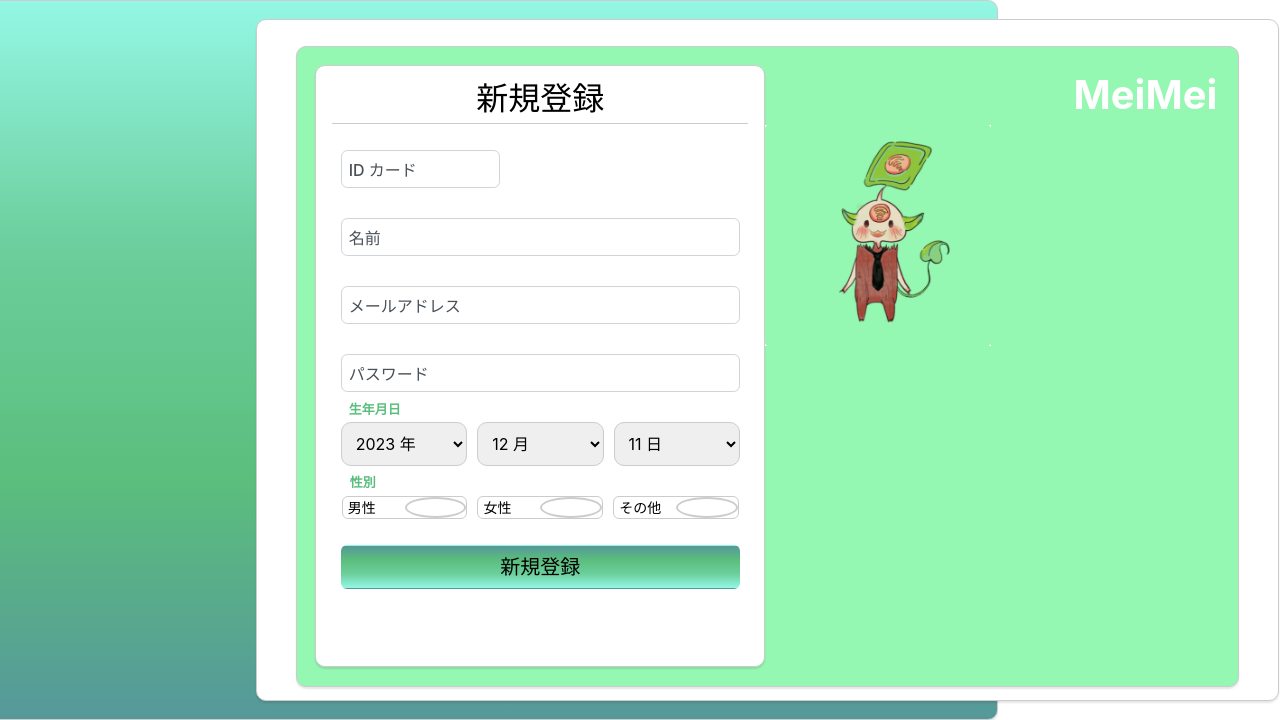
Repository: 3conangxindep/MeiMei
Page: /signUpPage (app in client/)
The author's editor kept a copy of each file at every save. The page is drawn from the files as they stood at one save, then again after the next save.
The browser window is 1280 px wide. The pictures show the whole page.
The project was rebuilt for these pictures with package versions that can differ from the ones it lists, and the page was loaded fresh each time. Also part of the build but not shown: client/src/App.css, client/src/components/LoginPage/LoginPage.jsx, client/src/components/HomePage/HeaderPage/ShowMenu.css, client/src/components/HomePage/HeaderPage/ShowMenu.jsx, client/src/components/HomePage/HeaderPage/NotifiCation.css, client/src/components/HomePage/HeaderPage/NotifiCation.jsx, client/src/components/HomePage/HeaderPage/Header.css, client/src/components/HomePage/HeaderPage/Header.jsx and 22 more.

Above is the page before, as saved 2023-12-16 05:09:07.

### client/src/index.css
@tailwind base;
@tailwind components;
@tailwind utilities;



body {
  margin: 0;
  font-family: -apple-system, BlinkMacSystemFont, 'Segoe UI', 'Roboto', 'Oxygen',
    'Ubuntu', 'Cantarell', 'Fira Sans', 'Droid Sans', 'Helvetica Neue',
    sans-serif;
  -webkit-font-smoothing: antialiased;
  -moz-osx-font-smoothing: grayscale;
}

code {
  font-family: source-code-pro, Menlo, Monaco, Consolas, 'Courier New',
    monospace;
}

### client/src/App.jsx
import React, { useState } from 'react';
import { BrowserRouter as Router, Route, Switch, useParams } from 'react-router-dom';
import './App.css';
import { AuthProvider } from './components/AuthContext';
import { SelectedOptionsProvider } from './components/SelectedOptionsContext';
import LoginPage from './components/LoginPage/LoginPage';
import SignUpPage from './components/SignUpPage/SignUpPage';
import Main from './components/HomePage/Main';

function App() {

  return (
    <AuthProvider>
    <SelectedOptionsProvider>
      <Router>
        <Switch>
          <Route path={`/main/:contact_id`} component={Main} />
          <Route path="/signUpPage" component={SignUpPage} />
          <Route component={LoginPage} />

        </Switch>
      </Router>
      </SelectedOptionsProvider>
    </AuthProvider>
  );
}


export default App;

### client/src/components/AuthContext.jsx
import React, { createContext, useContext, useState } from 'react';

const AuthContext = createContext();

export const useAuth = () => {
  return useContext(AuthContext);
};

export const AuthProvider = ({ children }) => {
  const [isLoggedIn, setIsLoggedIn] = useState(false);

  const login = () => {
    setIsLoggedIn(true);
  };

  const logout = () => {
    setIsLoggedIn(false);
  };

  const value = {
    isLoggedIn,
    login,
    logout,
  };

  return <AuthContext.Provider value={value}>{children}</AuthContext.Provider>;
};

### client/src/components/SelectedOptionsContext.jsx
import React, { createContext, useContext, useState } from 'react';

const SelectedOptionsContext = createContext();

export const SelectedOptionsProvider = ({ children }) => {
  const [selectedOptions, setSelectedOptions] = useState([]);
  const [inputValue, setInputValue] = useState('');

  return (
    <SelectedOptionsContext.Provider value={{ selectedOptions, setSelectedOptions, inputValue, setInputValue }}>
      {children}
    </SelectedOptionsContext.Provider>
  );
};

export const useSelectedOptions = () => {
  return useContext(SelectedOptionsContext);
};

### client/src/components/LoginPage/LoginPage.css
.Container{
  position: absolute;
  right: 22%;
  width: 100%;
  height: 100vh;
  display: flex;
  justify-content: right;
  align-items: center;
  background-image: linear-gradient(#94F7E5,#6CCF9D,#5BBE7D,#56989A);
  border: 1px solid #ccc;
  box-shadow: 0 2px 2px rgba(0,0,0,0.1);
  border-radius: 10px;
}
.image{
  z-index: 2;
}
.image img{
  width: 50%;
}
.LoginForm .FormGroup {
  margin-bottom: 10px;
  display: flex;
  flex-direction: column;
  position: relative;
}
.Label {
  position: absolute;
  left: 0rem;
  top: 0.75rem;
  transition: transform 0.3s, font-size 0.3s;
  display: block;
  font-weight: 500;
  padding-left: 4%;

}
.FormInput:focus + .Label, .FormInput:valid + .Label {
  transform: translateY(-2rem);
  padding-left: 0%;
  color: #5BBE7D;
  font-size: small;
  font-weight: bold;
}
/* .Border-me{
  position: relative;
  justify-content: right;
  k co gì
  background-image: linear-gradient(to top, #94f7e5, #85edd3, #77e2c1, #6cd8ad, #63cd99, #5bc595, #52be90, #4ab68c, #44af94, #45a899, #4ca09b, #56989a);
  width: 100%;
  height: 100%;
  max-width: 100%;
  background-size: 70% 100%;
  border: 1px solid #ccc;
  box-shadow: 0 2px 2px rgba(0,0,0,0.1);
  border-radius: 10px;
  } */

.Border-con{
  display: flex;
  background-color: #94F7B2;
  /* background-image: linear-gradient(to top, #94f7e5, #85edd3, #77e2c1, #6cd8ad, #63cd99, #5bc595, #52be90, #4ab68c, #44af94, #45a899, #4ca09b, #56989a); */
  width: 100%;
  max-height: auto;
  max-width: 100%;
  padding:3%;
  border: 1px solid #ccc;
  box-shadow: 0 2px 2px rgba(0,0,0,0.1);
  border-radius: 10px;
  z-index: 1;
}
.Border{
  display: flex;
  justify-content: right;
  position: absolute;
  right: -21.5%;
  background-color: white;
  width: 75%;
  height: 85%;
  max-height: 90%;
  max-width: 100%;
  padding:3% 5%;
  border: 1px solid #ccc;
  box-shadow: 0 2px 2px rgba(0,0,0,0.1);
  border-radius: 10px;
}
.FormGroup{
  padding-bottom: 5%;
}
.LoginBorder{
    background-color: white;
    width: 90%;
    max-height: 100%;
    max-width: 90%;
    max-width: 450px;
    padding: 15px;
    border: 1px solid #ccc;
    box-shadow: 0 2px 2px rgba(0,0,0,0.1);
    border-radius: 10px;
}
.Appname{
  width: 50%;
  text-align: right;
  font-size: 2.5rem;
  font-weight: 700;
  color: white;
}
.LoginForm{
    width: 100%;
    /* margin-bottom: 25px; */
}
.FormHeader{
    width: 100%;
    text-align: center;
    font-size: 2rem;
    border-bottom: 1px solid #ccc;
    padding-bottom: 5px;
}
.LoginForm .FormInput {
    width: 100%;
    padding: 0.5rem 0.75rem;
    font-size: 1rem;
    line-height: 2;
    color: #495057;
    background-color: #fff;
    background-clip: padding-box;
    border: 1px solid #ced4da;
    border-radius: 0.4rem;
    transition: border-color 0.15s ease-in-out, box-shadow 0.15s ease-in-out;
  }
.FormInput:hover,
.FormInput:focus {
border-color: #ffffff;
outline: 0;
box-shadow: 0 0 0 0.2rem rgba(0, 123, 255, 0.25);
}
.FormError {
    color: #dc3545;
    font-size: 12px;
  }

  .LoginButton{
    display: block;
    width: 100%;
    padding: 0.4rem 0.75rem;
    font-size: 1rem;
    font-weight: bold;
    text-align: center;
    white-space: nowrap;
    vertical-align: middle;
    cursor: pointer;
    border: 1px solid transparent;
    /* border-radius: 0.25rem; */
    color: #fff;
    background-color: #007bff;
    transition: color 0.15s ease-in-out, background-color 0.15s ease-in-out,
    border-color 0.15s ease-in-out, box-shadow 0.15s ease-in-out;
  }

  .LoginButton:hover {
    color: #fff;
    background-color: #0056b3;
    border-color: #0056b3;
  }
  .CreateButton{
    width: 100%;
    padding: 0.6rem 0.75rem;
    font-size: 1rem;
    font-weight: bold;
    text-align: center;
    white-space: nowrap;
    vertical-align: middle;
    cursor: pointer;
    border: 1px solid transparent;
    /* border-radius: 0.25rem; */
    /* color: #212020; */
    background-image: linear-gradient(to top,#94F7E5,#6CCF9D,#5BBE7D,#56989A);
    transition: color 0.15s ease-in-out, background-color 0.15s ease-in-out,
    border-color 0.15s ease-in-out, box-shadow 0.15s ease-in-out;
  }
  .CreateButton:hover {
    color: #fff;
    background-image: linear-gradient(to top,#94F7E5,#265f55);

    border-color: #68dd7b;
  }
  a{
    font: weight 20px ;
    color: #161716;
    text-decoration: none;
  }
  .ErrorMessage {
    color: red;
    margin-top: 5px;
  }

  .status-container {
    display: flex;
    align-items: center;
    padding-top: 4rem;
  }

  .loading-icon {
    width: 8rem;
    height: 8rem;
    margin-right: 2rem;
    fill: #718096; /* Màu xám */
    animation: spin 2s linear infinite;
  }

  @keyframes spin {
    from {
      transform: rotate(0deg);
    }
    to {
      transform: rotate(360deg);
    }
  }

  .loading-text {
    font-size: 1.5rem;
    font-weight: bold;
    color: #718096; /* Màu xám */
  }

  .sr-only {
    position: absolute;
    width: 1px;
    height: 1px;
    padding: 0;
    margin: -1px;
    overflow: hidden;
    clip: rect(0, 0, 0, 0);
    white-space: nowrap;
    border-width: 0;
  }

### client/src/components/SignUpPage/SetTimes.jsx
import React, { useState } from 'react';
import './SetTimes.css';

const SetTimes = ({ setCurrentMonth, setCurrentDay, setCurrentYear }) => {
  const [currentMonth, setCurrentMonthLocal] = useState(new Date().getMonth() + 1);
  const [currentDay, setCurrentDayLocal] = useState(new Date().getDate());
  const [currentYear, setCurrentYearLocal] = useState(new Date().getFullYear());

  const months = Array.from({ length: 12 }, (_, index) => `${index + 1} 月`);
  const days = Array.from({ length: 31 }, (_, index) => `${index + 1} 日`);
  const years = Array.from({ length: 61 }, (_, index) => `${1970 + index} 年`);

  const handleDateChange = () => {
    if (currentMonth && currentDay && currentYear) {
      setCurrentMonth(parseInt(currentMonth));
      setCurrentDay(parseInt(currentDay));
      setCurrentYear(parseInt(currentYear));
    }
  };

  return (
    <div className="SetTimeContainer">
      <label className='timeLabel'>生年月日</label>
      <div className='Row'>
        <div>
          <select className="content" value={currentYear} onChange={(e) => setCurrentYearLocal(e.target.value)}>
            {years.map((year, index) => (
              <option key={index} value={1970 + index}>{year}</option>
            ))}
          </select>
        </div>
        <div>
          <select className="content" value={currentMonth} onChange={(e) => setCurrentMonthLocal(e.target.value)}>
            {months.map((month, index) => (
              <option key={index} value={index + 1}>{month}</option>
            ))}
          </select>
        </div>
        <div>
          <select className="content" value={currentDay} onChange={(e) => setCurrentDayLocal(e.target.value)}>
            {days.map((day, index) => (
              <option key={index} value={index + 1}>{day}</option>
            ))}
          </select>
        </div>
        {handleDateChange()}
      </div>
    </div>
  );
};

export default SetTimes;

### client/src/components/SignUpPage/GenderTheme.jsx
import React, { useState } from 'react';
import './GenderTheme.css'; // Đảm bảo đã import file CSS cho GenderTheme

const GenderTheme = ({selectedOption,setSelectedOption}) => {

  const [male, setMale] = useState('male');
  const [female, setFemale] = useState('female');
  const [other, setOther] = useState('other');

  return (
    <div className="GenderContainer">
      <label className='GenderLabel'>性別</label>
      <div className='Row'>
        <div className='GenderOption'>
          <label>男性</label>
          <input
            className='GenderInput'
            type="radio"
            value={male}
            checked={selectedOption === male}
            onChange={() => setSelectedOption(male)} // Sửa giá trị ở đây
          />
        </div>
        <div className='GenderOption'>
          <label>女性</label>
          <input
            className='GenderInput'
            type="radio"
            value={female}
            checked={selectedOption === female}
            onChange={() => setSelectedOption(female)} // Sửa giá trị ở đây
          />
        </div>
        <div className='GenderOption'>
          <label>その他</label>
          <input
            className='GenderInput'
            type="radio"
            value={other}
            checked={selectedOption === other}
            onChange={() => setSelectedOption(other)} // Sửa giá trị ở đây
          />
        </div>
      </div>
    </div>
  );
};

export default GenderTheme;

### client/src/components/SignUpPage/SignUpPage.css
*{
    box-sizing: border-box;
}
.border-bg{
  position: absolute;
  right: 22%;
  width: 100%;
  height: 100vh;
  display: flex;
  justify-content: right;
  align-items: center;
  background-image: linear-gradient(#94F7E5,#6CCF9D,#5BBE7D,#56989A);
  border: 1px solid #ccc;
  box-shadow: 0 2px 2px rgba(0,0,0,0.1);
  border-radius: 10px;
}
.signup-bg{
  display: flex;
  justify-content: center;
  position: absolute;
  right: -22%;
  background-color: white;
  width: 80%;
  height: 95%;
  max-height: auto;
  max-width: 100%;
  padding:2% 3%;
  border: 1px solid #ccc;
  box-shadow: 0 2px 2px rgba(0,0,0,0.1);
  border-radius: 10px;
}
.Container-signUp{
  display: flex;
  background-color: #94F7B2;
  /* background-image: linear-gradient(to top, #94f7e5, #85edd3, #77e2c1, #6cd8ad, #63cd99, #5bc595, #52be90, #4ab68c, #44af94, #45a899, #4ca09b, #56989a); */
  width: 100%;
  height: 102%;
  max-height: auto;
  max-width: 100%;
  padding:2%;
  border: 1px solid #ccc;
  box-shadow: 0 2px 2px rgba(0,0,0,0.1);
  border-radius: 10px;
  z-index: 1;
}
.SignUpBorder {
  background-color: white;
  width: 90%;
  /* height: 100%; */
  max-width: 100%;
  max-width: 450px;
  padding: 0 1rem;
  border: 1px solid #ccc;
  box-shadow: 0 2px 2px rgba(0,0,0,0.1);
  border-radius: 10px;
}
.SignUp{
  margin: 0;
  padding-top:2%;
  width: 100%;
  text-align: center;
  font-size: 2rem;
  border-bottom: 1px solid #ccc;
}
.SignUpForm{
  padding: 1rem 2%;
  margin-bottom: -10px;
}
.FormGroup {
    width: 100%;
    display: flex;
    flex-direction: column;
    margin-top: 10px;
  }
.Label-sign{
    position: absolute;
    font-weight: 500;
    margin:0.5rem;
    color: #495057;
    transition: transform 0.3s, font-size 0.3s;
}
.FormInput {
    width: 100%;
    padding: 0.375rem 0.75rem;
    font-size: 1rem;
    line-height: 1.5;
    color: #495057;
    background-color: #fff;
    background-clip: padding-box;
    border: 1px solid #ced4da;
    border-radius: 0.4rem;
    transition: border-color 0.15s ease-in-out, box-shadow 0.15s ease-in-out;
}
.FormInput:focus + .Label-sign, .FormInput:valid + .Label-sign {
  transform: translateY(-1.7rem);
  /* margin-left: 0%; */
  /* color: #000000; */
  color: #5BBE7D;
  font-size: small;
  font-weight: bold;
}
.FormInput:hover,
.FormInput:focus {
  border-color: #80bdff;
  outline: 0;
  box-shadow: 0 0 0 0.2rem rgba(0, 123, 255, 0.25);
}
.FormError {
  color: #dc3545;
  font-size: 12px;
}

.FormButton {
  display: block;
  width: 100%;
  padding: 0.375rem 0.75rem;
  margin-top: 25px;
  font-size: 1.25rem;
  font-weight: 550;
  text-align: center;
  white-space: nowrap;
  vertical-align: middle;
  cursor: pointer;
  border: 1px solid transparent;
  border-radius: 6px;
  color: #000000;
  background-image: linear-gradient(to top,#94F7E5,#6CCF9D,#5BBE7D,#56989A);
  transition: color 0.15s ease-in-out, background-color 0.15s ease-in-out,
    border-color 0.15s ease-in-out, box-shadow 0.15s ease-in-out;
    margin-bottom: -5px;
}
.settime{
  margin-top: -3%;
}
.FormButton:hover {
  color: #fff;
  background-image: linear-gradient(to top,#62b1a2,#265f55);
  border-color: #68dd7b;
}
a{
    color: #161716;
  font-size: 14px;
  float: right;
  text-decoration: none;
}

### client/src/components/SignUpPage/SetTimes.css
.SetTimeContainer{
    width: 100%;
    max-height: 150px;
    /* border: 1px solid #fff; */
    margin-bottom: 0.375rem;
    display: flex;
    flex-direction: column;
}
.Row{
    display: grid;
    grid-template-columns: 1fr 1fr 1fr;
    gap: 10px;
}
.timeLabel{
    display: block;
    font-weight: bold;
    margin-bottom: 3px;
    color: #5BBE7D;
    font-size: small;
    margin-left: 8px;
}
.content{
    width: 100%;
    border: 1px solid #ccc;
    padding: 10px;
    border-radius: 10px;
    transition: border-color 0.15s ease-in-out, box-shadow 0.15s ease-in-out;
}
.content:hover,
.content:focus {
border-color: #80bdff;
outline: 0;
box-shadow: 0 0 0 0.2rem rgba(0, 123, 255, 0.25);
}

### client/src/components/SignUpPage/GenderTheme.css
.GenderContainer{
  width: 100%;
  max-height: 150px;
  display: flex;
  flex-direction: column;
  border: 1px solid #fff;
}
.Row{
    display: grid;
    grid-template-columns: 1fr 1fr 1fr;
    gap: 10px;
}
.GenderLabel{
    display: block;
    font-weight: bold;
    margin-bottom: 3px;
    color: #5BBE7D;
    font-size: small;
    margin-left: 8px;
}
/* GenderTheme.css */
.GenderOption {
    padding: 0px;
    display: grid;
    grid-template-columns: 1fr 1fr;
    border: 1px solid #ccc;
    border-radius: 6px;
  }

  .GenderOption label{
    display: flex;
    align-items: center;
    margin-left: 5px;
    font-size: 14px;
  }
  .GenderInput {
    top:10px;
    appearance: none;
    /* width: 16px;
    height: 16px; */
    border: 2px solid #ccc;
    border-radius: 50%;
    background-color: white;
    transition: border-color 0.15s ease-in-out;
    cursor: pointer;
    /* margin-left: 20px; */
  }

  .GenderInput:checked::before {
    content: "";
    position: absolute;
    width: 100%;
    height: 100%;
    border-radius: 50%;
  }
  .GenderInput:hover {
    border-color: #56989A;
    background-color: #5BBE7D;
  }

  .GenderInput:focus {
    border-color: #56989A;
    box-shadow: 0 0 0 0.2rem rgba(0, 255, 123, 0.25);
    background-color: #5BBE7D;
  }

Loaded but not shown: client/public/index.html (common file); client/src/index.js (common file); client/src/reportWebVitals.js (common file); client/tailwind.config.js (common file); client/src/apiConfig.js (4 lines, source omitted); client/src/components/SignUpPage/SignUpPage.jsx (207 lines, source omitted)

After the next save:
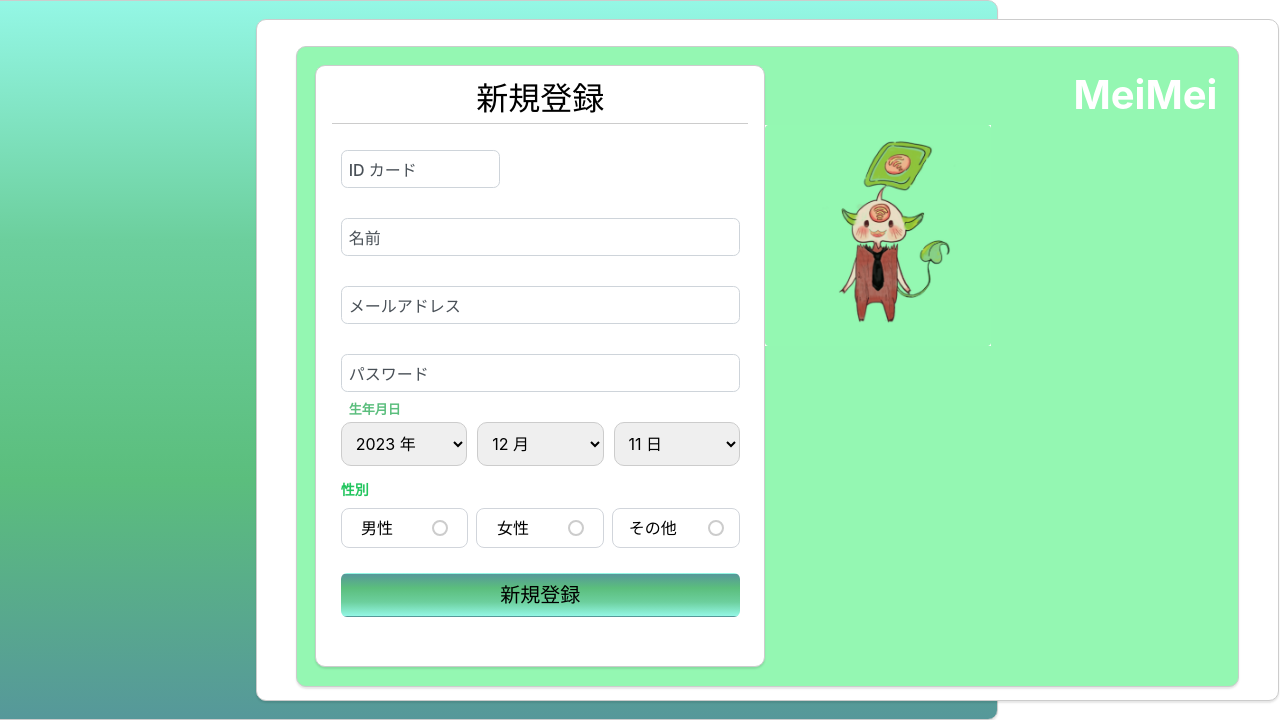
Saved 15 s later.
--- a/client/src/components/SignUpPage/GenderTheme.jsx
+++ b/client/src/components/SignUpPage/GenderTheme.jsx
@@ -8,33 +8,33 @@ const GenderTheme = ({selectedOption,setSelectedOption}) => {
   const [other, setOther] = useState('other');
 
   return (
-    <div className="GenderContainer">
-      <label className='GenderLabel'>性別</label>
-      <div className='Row'>
-        <div className='GenderOption'>
+    <div className="w-full h-full flex flex-col">
+      <label className='font-bold text-green-500 text-sm py-2'>性別</label>
+      <div className='w-full h-full grid grid-cols-3 gap-2'>
+        <div className='w-full h-10 flex justify-around items-center col-span-1 border-solid border border-gray-300 rounded-lg'>
           <label>男性</label>
           <input
-            className='GenderInput'
+            className='GenderInput w-4 h-4'
             type="radio"
             value={male}
             checked={selectedOption === male}
             onChange={() => setSelectedOption(male)} // Sửa giá trị ở đây
           />
         </div>
-        <div className='GenderOption'>
+        <div className='w-full h-10 flex justify-around items-center col-span-1 border-solid border border-gray-300 rounded-lg'>
           <label>女性</label>
           <input
-            className='GenderInput'
+            className='GenderInput w-4 h-4'
             type="radio"
             value={female}
             checked={selectedOption === female}
             onChange={() => setSelectedOption(female)} // Sửa giá trị ở đây
           />
         </div>
-        <div className='GenderOption'>
+        <div className='w-full h-10 flex justify-around items-center col-span-1 border-solid border border-gray-300 rounded-lg'>
           <label>その他</label>
           <input
-            className='GenderInput'
+            className='GenderInput w-4 h-4'
             type="radio"
             value={other}
             checked={selectedOption === other}
